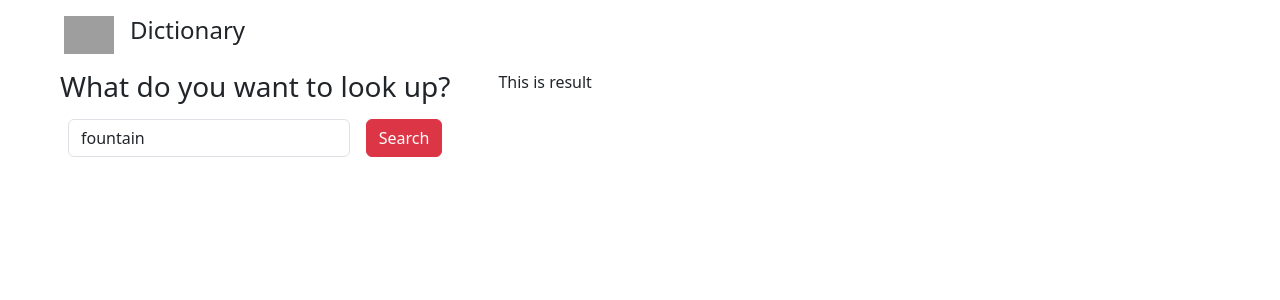
Repository: moehaymanmyint/react-dictionary-app
Page: /
The author's editor kept a copy of each file at every save. The page is drawn from the files as they stood at one save, then again after the next save.
The browser window is 1280 px wide. The pictures show the whole page.
Pictures or frames that could not be fetched are drawn as grey boxes. The page's requests for data from a server got no answer. The project was rebuilt for these pictures with package versions that can differ from the ones it lists, and the page was loaded fresh each time. No one was signed in, and anything a server would have sent is missing.

Above is the page before, as saved 2024-08-28 10:30:21.

After the next save:
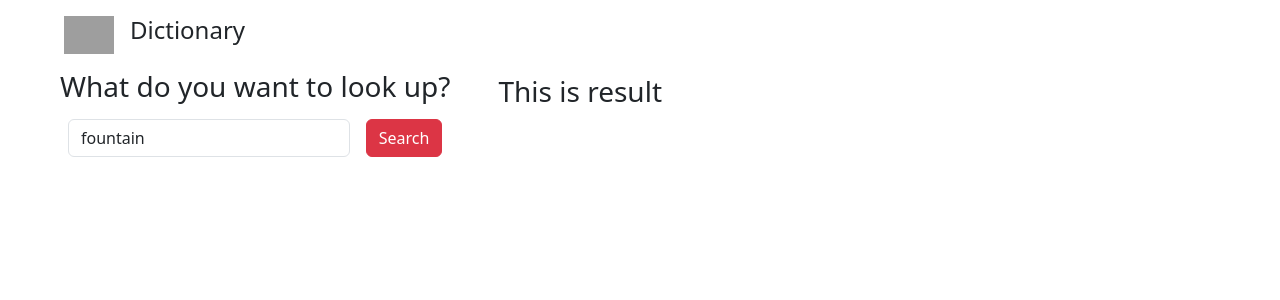
Saved 11 s later.
--- a/src/Result.js
+++ b/src/Result.js
@@ -2,7 +2,7 @@ import React from "react";
 
 export default function Result(){
     return (
-        <div className="Result">
+        <div className="Result fs-3">
             This is result
         </div>
     )
